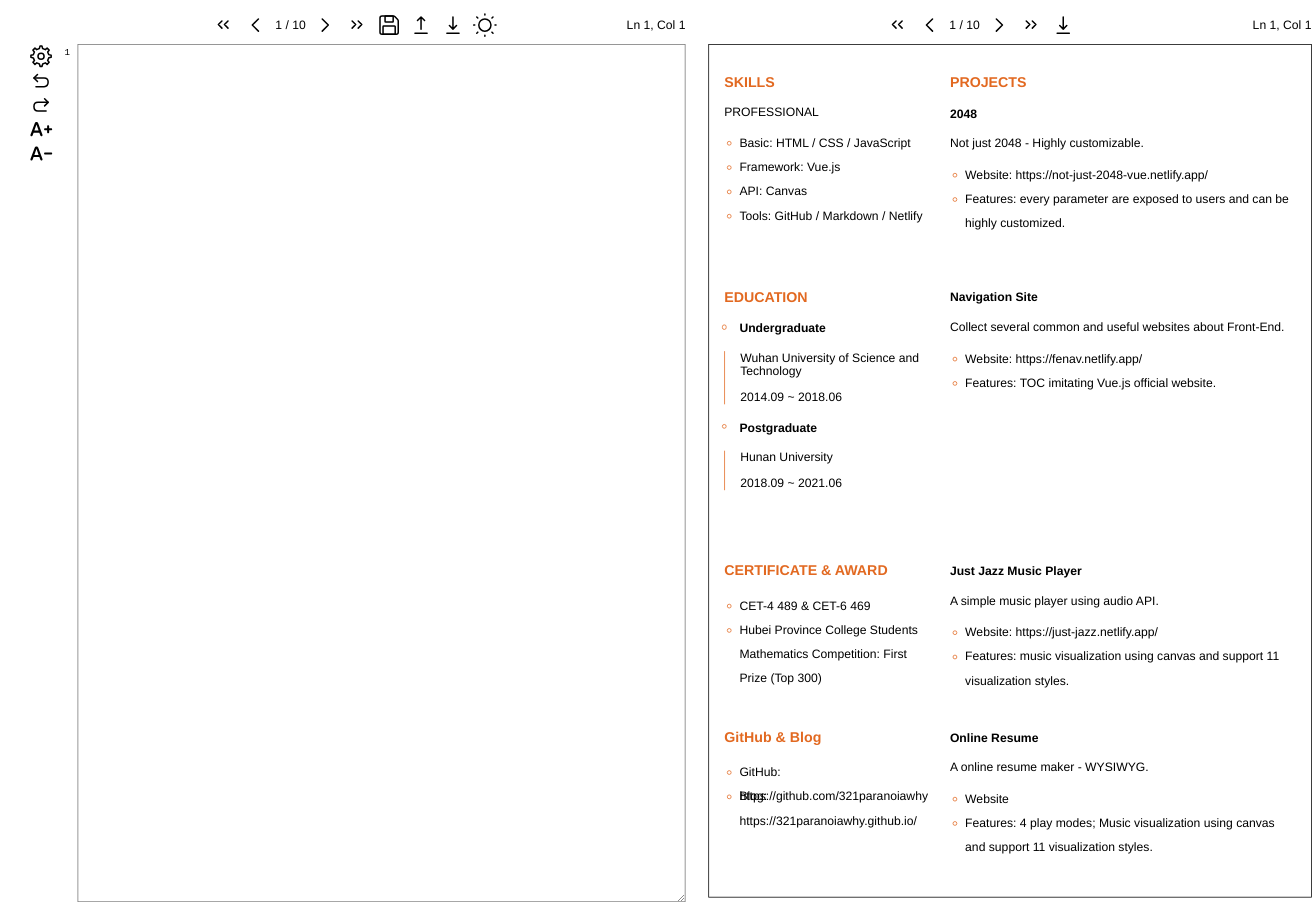
Repository: 321paranoiawhy/online-resume
Page: /
An editor plug-in stored every save of this project. The page is shown before and after the next save, followed by the edit.
The browser window is 1280 px wide. The page is 1726 px wide, so the pictures cover 1726 px, including what lies to the right of the window. The pictures show the whole page, at 76% of full size.
The project was rebuilt for these pictures with package versions that can differ from the ones it lists, and the page was loaded fresh each time. Also part of the build but not shown: vue.config.js, src/components/Header.vue, src/components/Introduction.vue, src/components/Footer.vue.

Above is the page before, as saved 2022-06-08 17:15:46.

### src/App.vue
<template>
    <router-view />
</template>

<style lang="scss">
html,
body,
#app {
    height: 100%;
}
#app {
    font-family: Avenir, Helvetica, Arial, sans-serif;
    -webkit-font-smoothing: antialiased;
    -moz-osx-font-smoothing: grayscale;
    text-align: center;
    // color: #2c3e50;
}
</style>

### src/css/common.css
:root {
    --A4-width: 210mm;
    --A4-height: 297mm;
    /* CSS 全局变量, 任何地方均可通过 var() 访问变量值 */
    --base: 12;
    /* 基于 --base 计算 --font-size-small 和 --line-height-small */
    /* 参考链接: https://www.ruanyifeng.com/blog/2017/05/css-variables.html */
    --font-size-small: calc(var(--base) * 1px);
    --line-height-small: calc(var(--base) * 1.5px);
    /* 字符间距 */
    --letter-spacing: 0.05em;
}
textarea.left-textarea {
    width: var(--A4-width); /* 210 * 96 / 25.4 = 793.7 px */
    height: var(--A4-height); /* 297 * 96 / 25.4 = 1122.52 px */
    /* 字体大小 */
    font-size: var(--font-size-small);
    /* 行高 */
    line-height: var(--line-height-small);
    /* 字符间距 */
    letter-spacing: var(--letter-spacing);
    /* 统一各浏览器下 textarea 盒模型 */
    margin: 0;
    border-width: 1px;
    padding: 2px;
}
div.right-output {
    /* 1 in = 25.4 mm = 96 px */
    width: var(--A4-width); /* 210 * 96 / 25.4 = 793.7 px */
    height: var(--A4-height); /* 297 * 96 / 25.4 = 1122.52 px */
    margin: 0;
    border: 1px solid red;
    padding: 2px;
    /* & .name {
        border: 1px solid blue;
    } */
}
img {
    width: 32px;
    height: 32px;
    cursor: pointer;
}

### src/views/HomeView.vue
<template>
    <!-- <TopHeader></TopHeader> -->
    <!-- <Introduction></Introduction> -->
    <div class="main-flex">
        <LeftInput class="left-input"></LeftInput>
        <RightOutput></RightOutput>
    </div>
    <!-- <BottomFooter></BottomFooter> -->
</template>

<script>
// @ is an alias to /src
import TopHeader from "@/components/Header.vue";
import Introduction from "@/components/Introduction.vue";
import LeftInput from "@/components/LeftInput.vue";
import RightOutput from "@/components/RightOutput.vue";
import BottomFooter from "@/components/Footer.vue";

// 功能拆解
// 下载源码和渲染结果文件(HTML&CSS, PDF, DOCX), 使用 Pandoc
// LaTeX 语法支持 (引入 MathJax)
// JavaScript 实现 解析
// common.css 负责特定样式
// 切换主题或者切换模板
// 主题 白天 黑夜
// 模板 暂定唯一模板 后续定制更多模板 (寻找优雅的 resume 模板)
// autosave
// localstorage
// 左侧应有快速插入标记, 如 name
export default {
    name: "HomeView",
    components: {
        TopHeader,
        Introduction,
        LeftInput,
        RightOutput,
        BottomFooter,
    },
};
</script>

<style scoped lang="scss">
div.main-flex {
    display: flex;
    width: fit-content;
    & .left-input {
        margin-left: 30px;
        margin-right: 30px;
    }
}
</style>

### src/components/RightOutput.vue
<template>
    <div class="right-output-flex-column">
        <div class="top-flex">
            <div class="center">
                <img
                    v-for="(item, index) in rightOutputImage.slice(0, 2)"
                    :key="index"
                    :src="require('../assets/images/' + item.img_src + '.svg')"
                    :alt="item.img_src"
                    @click="Fn(item.function)"
                />
                <p>{{ currentOutputPage }} / {{ totalOutputPage }}</p>
                <img
                    v-for="(item, index) in rightOutputImage.slice(2)"
                    :key="index"
                    :src="require('../assets/images/' + item.img_src + '.svg')"
                    :alt="item.img_src"
                    @click="Fn(item.function)"
                />
            </div>
            <!-- 快速跳转至某行某列 (默认当前页) -->
            <p @click="gotoLnAndCol">Ln 1, Col 1</p>
        </div>
        <!-- <div class="right-output" ref="output"></div> -->
        <testTemplate></testTemplate>
    </div>
</template>

<script>
import rightOutputImage from "/public/data/rightOutputImage.json";
import testTemplate from "./testTemplate.vue";

import { onMounted, ref, watch } from "@vue/runtime-core";
import { useStore } from "vuex";

export default {
    name: "RightOutput",
    components: {
        testTemplate,
    },
    setup() {
        let currentOutputPage = ref(1);
        let totalOutputPage = ref(10);
        const store = useStore();
        let output = ref(null);
        // 思路一: 根据左边输入栏实时输出至右边, 并设置相应的样式
        // 思路二: 默认右边已有示例模板, 左边输入栏实时输入右边输出栏实时更新替换
        // 思路二更优: 用户可预览, 页面须有提示或者有帮助文档 F1 查看 各块对应语法 syntax
        onMounted(() => {
            // output.value.value = computed(() => {
            //     console.log(store.state.compiledHTML);
            //     return store.state.compiledHTML;
            // });
            // output.value.innerHTML = store.state.compiledHTML;
        });
        watch(
            () => store.state.compiledHTML,
            () => {
                output.value.innerHTML = store.state.compiledHTML;
                // 设置 CSS 样式
            }
        );
        return {
            rightOutputImage,
            currentOutputPage,
            totalOutputPage,
            output,
        };
    },
};
</script>

<style scoped lang="scss">
.right-output-flex-column {
    display: flex;
    flex-direction: column;
    & div.top-flex {
        display: flex;
        width: 210mm;
        margin-left: auto;
        justify-content: center;
        & div.center {
            flex-grow: 1;
            display: flex;
            justify-content: center;
            align-items: center;
            gap: 10px;
        }
    }
}
</style>

### src/components/Sidebar.vue
<template>
    <div class="sidebar-flex-column">
        <img
            v-for="(item, index) in sidebarImage"
            :key="index"
            :src="require('../assets/images/' + item.img_src + '.svg')"
            :alt="item.img_src"
            @click="Fn(item.function)"
        />
    </div>
</template>

<script>
// 引入图片 json 数据文件
import sidebarImage from "/public/data/sidebarImage.json";

export default {
    name: "Sidebar",
    setup() {
        // 当前 base
        let currentBase = 12;
        // Fn: 根据入参执行相应函数
        let Fn = (parameter) => {
            switch (parameter) {
                case "set":
                    break;
                // 撤销 TODO(有限次 or 无限次)
                case "undo":
                    break;
                // 重做 TODO
                case "redo":
                    break;
                // 每次 --base +2
                case "textIncrease":
                    // 最大值: 24 (2*12)
                    if (currentBase === 24) {
                        return;
                    }
                    // 修改 root --base (可同步修改 --font-size-small,--line-height-small)
                    document.documentElement.style.setProperty(
                        "--base",
                        `${currentBase + 2}`
                    );
                    // 更新 currentBase
                    currentBase += 2;
                    break;
                // 每次 --base -2
                case "textDecrease":
                    // 最小值: 8
                    if (currentBase === 8) {
                        return;
                    }
                    document.documentElement.style.setProperty(
                        "--base",
                        `${currentBase - 2}`
                    );
                    // 更新 currentBase
                    currentBase -= 2;
                    break;
                default:
                    break;
            }
        };
        return {
            sidebarImage,
            currentBase,
            Fn,
        };
    },
};
</script>

<style scoped lang="scss">
.sidebar-flex-column {
    display: flex;
    flex-direction: column;
    width: fit-content;
    height: fit-content;
}
</style>

### src/components/testTemplate.vue
<template>
    <div class="grid">
        <div>
            <h3>SKILLS</h3>
            <p>PROFESSIONAL</p>
            <ul>
                <li>Basic: HTML / CSS / JavaScript</li>
                <li>Framework: Vue.js</li>
                <li>API: Canvas</li>
                <li>Tools: GitHub / Markdown / Netlify</li>
                <!-- <li v-for="(item, index) in iconData" :key="index">
                    <img
                        :src="
                            require('../assets/images/' + item.img_src + '.svg')
                        "
                        :alt="item.img_src"
                    />
                    {{ item.name }}
                </li> -->
            </ul>
        </div>
        <div>
            <h3>PROJECTS</h3>
            <h4>2048</h4>
            <p>Not just 2048 - Highly customizable.</p>
            <ul>
                <li>
                    <a href="https://not-just-2048-vue.netlify.app/"
                        >Website: https://not-just-2048-vue.netlify.app/</a
                    >
                </li>
                <li>
                    Features: every parameter are exposed to users and can be
                    highly customized.
                </li>
            </ul>
        </div>
        <div>
            <h3>EDUCATION</h3>
            <h4 class="disc">Undergraduate</h4>
            <div class="border">
                <p>Wuhan University of Science and Technology</p>
                <p>2014.09 ~ 2018.06</p>
            </div>
            <h4 class="disc">Postgraduate</h4>
            <div class="border">
                <p>Hunan University</p>
                <p>2018.09 ~ 2021.06</p>
            </div>
        </div>
        <div>
            <h4>Navigation Site</h4>
            <p>Collect several common and useful websites about Front-End.</p>
            <ul>
                <li>
                    <a href="https://fenav.netlify.app/"
                        >Website: https://fenav.netlify.app/</a
                    >
                </li>
                <li>Features: TOC imitating Vue.js official website.</li>
            </ul>
        </div>
        <div>
            <h3>CERTIFICATE & AWARD</h3>
            <ul>
                <li>CET-4 489 & CET-6 469</li>
                <li>
                    Hubei Province College Students Mathematics Competition:
                    First Prize (Top 300)
                </li>
            </ul>
        </div>
        <div>
            <h4>Just Jazz Music Player</h4>
            <p>A simple music player using audio API.</p>
            <ul>
                <li>
                    <a href="https://just-jazz.netlify.app/"
                        >Website: https://just-jazz.netlify.app/</a
                    >
                </li>
                <li>
                    Features: music visualization using canvas and support 11
                    visualization styles.
                </li>
            </ul>
        </div>
        <div>
            <h3>GitHub & Blog</h3>
            <ul>
                <li>
                    GitHub:
                    <a href="https://github.com/321paranoiawhy"
                        >https://github.com/321paranoiawhy</a
                    >
                </li>
                <li>
                    Blog:
                    <a href="https://321paranoiawhy.github.io/"
                        >https://321paranoiawhy.github.io/</a
                    >
                </li>
            </ul>
        </div>
        <div>
            <h4>Online Resume</h4>
            <p>A online resume maker - WYSIWYG.</p>
            <ul>
                <li>
                    <a href="https://just-jazz.netlify.app/">Website</a>
                </li>
                <li>
                    Features: 4 play modes; Music visualization using canvas and
                    support 11 visualization styles.
                </li>
            </ul>
        </div>
    </div>
</template>

<script>
import iconData from "/public/data/iconData.json";
export default {
    name: "testTemplate",
    setup() {
        return {
            iconData,
        };
    },
};
</script>

<style scoped lang="scss">
$margin-left: 20px;
div.grid {
    display: grid;
    grid-template-columns: 0.618fr 1fr;
    // grid-gap: 1rem;
    column-gap: 1rem;
    width: var(--A4-width);
    height: var(--A4-height);
    // background-color: #e6e6e6;
    text-align: left;
    // border-box
    box-sizing: border-box;
    // 内边距
    padding: 20px;
    border: 1px solid;
    & ul {
        padding: 0 0 0 $margin-left;
        margin: 0;
        list-style-type: circle;
        & li {
            & img {
                width: 24px;
                height: 24px;
                vertical-align: middle;
                margin-right: 5px;
            }
            height: 2rem;
            line-height: 2rem;
        }
    }
    & ul li::marker {
        color: #e26921;
    }
    & h3 {
        color: #e26921;
    }
    & h4.disc {
        position: relative;
        margin-left: $margin-left;
        &::before {
            position: absolute;
            content: " ";
            left: -23.2px;
            top: 25%;
            width: 4.4px;
            height: 4.4px;
            border: 1px solid #e26921;
            border-radius: 50%;
        }
    }
    & a,
    & a:hover,
    & a:visited,
    & a:link,
    & a:active {
        text-decoration: none;
        color: inherit;
    }
    & div.border {
        border-left: 1px solid #e26921;
        & p {
            margin-left: $margin-left;
        }
    }
}
</style>

Loaded but not shown: public/index.html (common file); src/router/index.js (common file); public/data/leftInputImage.json (30 lines, source omitted); public/data/iconData.json (30 lines, source omitted); public/data/rightOutputImage.json (22 lines, source omitted); public/data/sidebarImage.json (22 lines, source omitted); src/store/index.js (34 lines, source omitted); src/main.js (8 lines, source omitted); src/components/LeftInput.vue (291 lines, source omitted)

After the next save:
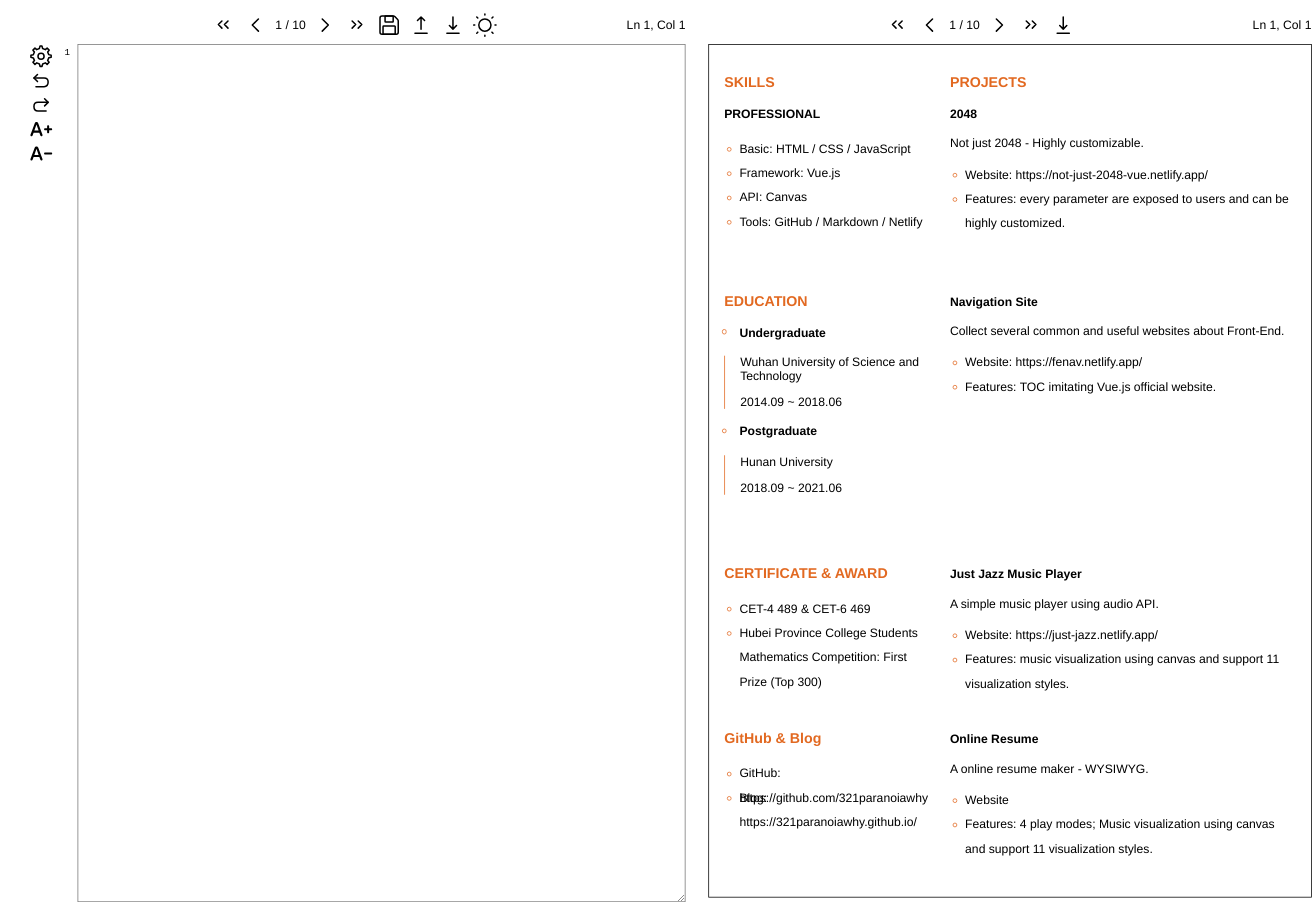
Saved 31 s later.
--- a/src/components/testTemplate.vue
+++ b/src/components/testTemplate.vue
@@ -2,7 +2,7 @@
     <div class="grid">
         <div>
             <h3>SKILLS</h3>
-            <p>PROFESSIONAL</p>
+            <h4>PROFESSIONAL</h4>
             <ul>
                 <li>Basic: HTML / CSS / JavaScript</li>
                 <li>Framework: Vue.js</li>
